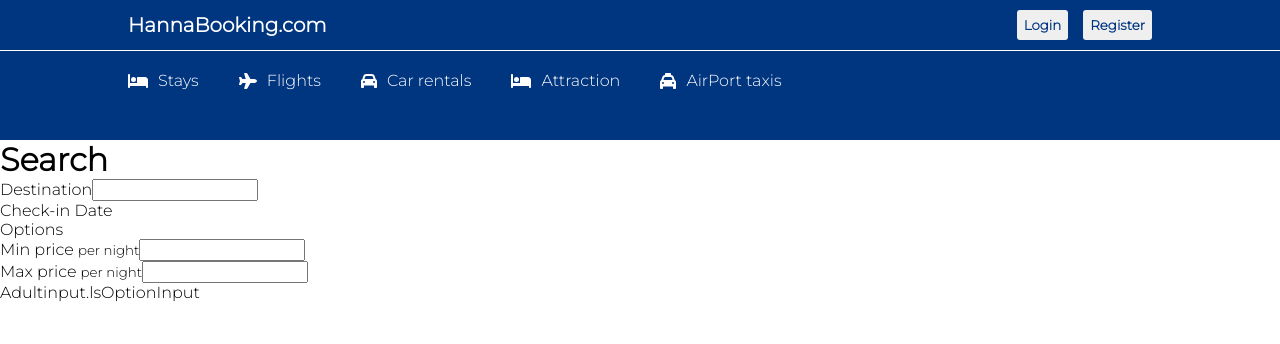
Repository: truongnguyenuit/BookingWebApp
Page: /hotels
An editor plug-in stored every save of this project. The page is shown before and after the next save, followed by the edit.
The browser window is 1280 px wide. The pictures show the whole page.
The project was rebuilt for these pictures with package versions that can differ from the ones it lists, and the page was loaded fresh each time. Also part of the build but not shown: src/components/featured/featured.css, src/components/featured/Featured.jsx, src/components/propertyList/propertyList.css, src/components/propertyList/PropertyList.jsx, src/components/featuredProperties/featuredProperties.css, src/components/featuredProperties/FeaturedProperties.jsx, src/components/mailList/mailList.css, src/components/mailList/MailList.jsx and 7 more.

Above is the page before, as saved 2022-06-13 10:39:15.

### public/index.html
<!DOCTYPE html>
<html lang="en">
  <head>
    <meta charset="utf-8" />
    <meta name="viewport" content="width=device-width, initial-scale=1" />
    <meta
      name="description"
      content="Web site created using create-react-app"
    />
    <link
      href="https://fonts.googleapis.com/css2?family=Montserrat:wght@300&display=swap"
      rel="stylesheet"
    >
    <style>
      *{
        font-family: 'Montserrat', sans-serif;
        margin: 0;
      }
    </style>

    <title>HannaBooking</title>
  </head>
  <body>
    <noscript>You need to enable JavaScript to run this app.</noscript>
    <div id="root"></div>
  </body>
</html>

### src/App.js
import {
  BrowserRouter,
  Routes,
  Route,
} from "react-router-dom";
import Home from "./pages/home/Home";
import Hotel from "./pages/hotel/Hotel";
import List from "./pages/list/List";

function App() {
  return (
    <BrowserRouter>
      <Routes>
        <Route path="/" element={<Home />} />
        <Route path="/hotels" element={<List />}/>
        <Route path="/hotels/:id" element={<Hotel/>}/>
      </Routes>
    </BrowserRouter>
  );
}

export default App;

### src/pages/list/List.jsx
import "./list.css"
import Navbar from "../../components/navbar/Navbar";
import Header from "../../components/header/Header";
import { useLocation } from "react-router-dom";
import { useState } from "react";
import { format } from "date-fns";
import { DateRange } from "react-date-range";
// import SearchItem from "../../components/searchItem/SearchItem";
const List = () => {
  //const location = useLocation();
  //const [destination, setDestination] = useState(location.state.destination);
  // const [date, setDate] = useState(location.state.date)
  // const [openDate, setOpenDate] = useState(false)
  // const [options, setOptions] = useState(location.state.options)
  return (
    <div>
      <Navbar/>
      <Header type = "list" />
      <div className="listContainer">
        <div className="listWrapper">
          <div className="listSearch">
            <h1 className="lsTitle">Search</h1>
            <div className="lsItem">
              <label htmlFor="Destination">Destination</label>
              <input type="text"  placeholder="" />
            </div>
            <div className="lsItem">
              <label> Check-in Date</label>



            </div>
            <div className="lsItem">
              <label> Options</label>
              <div className="lsOptions">
                <div className="lsOptionsItem">
                  <span className="lsOptionsText">
                    Min price <small>per night</small>
                  </span>
                  <input type="number" className="lsOptionInput"/>
                </div>
                <div className="lsOptionItem">
                  <span className="lsOptionText">
                    Max price <small>per night</small>
                  </span>
                  <input type="number" className="lsOptionInput" />
                </div>
                <div className="lsOptionItem">
                  <span className="lsOptionText">Adult</span>
                  input.lsOptionInput
                </div>
              </div>
            </div>
          </div>
        </div>
      </div>
    </div>
  )
}
export default List;

### src/components/header/Header.jsx
import {
  faBed,
  faCalendarDays,
  faCar,
  faPerson,
  faPlane,
  faTaxi,
} from "@fortawesome/free-solid-svg-icons";
import { FontAwesomeIcon } from "@fortawesome/react-fontawesome";
import "./header.css";
// import { DateRange } from "react-date-range";
import { useState } from "react";
// import "react-date-range/dist/styles.css"; // main css file
// import "react-date-range/dist/theme/default.css"; // theme css file
// import { format } from "date-fns";
import { useNavigate } from "react-router-dom";
const Header = ({ type }) => {
  const [destination, setDestination] = useState("");
  const [openDate, setOpenDate] = useState(false);
  const [date, setDate] = useState([
    {
      startDate: new Date(),
      endDate: new Date(),
      key: "selection",
    }
  ]);
  const [openOptions, setOpenOptions] = useState(false);
  const [options, setOptions] = useState({
    adult: 1,
    children: 0,
    room: 1,
  });

  //const navigate = useNavigate();
  return (
    <div className="header">
      <div
      className={
         type === "list" ? "headerContainer listMode" : "headerContainer"
      }
      >
        <div className="headerList">
          <div className="headerListItem">
            <FontAwesomeIcon icon={faBed} />
            <span>Stays</span>
          </div>
          <div className="headerListItem">
            <FontAwesomeIcon icon={faPlane} />
            <span>Flights</span>
          </div>
          <div className="headerListItem">
            <FontAwesomeIcon icon={faCar} />
            <span>Car rentals</span>
          </div>
          <div className="headerListItem">
            <FontAwesomeIcon icon={faBed} />
            <span>Attraction</span>
          </div>
          <div className="headerListItem">
            <FontAwesomeIcon icon={faTaxi} />
            <span>AirPort taxis</span>
          </div>
        </div>
        {type !== "list" && (
        <>
          <h1 className="HeaderTitle">
            A lifetime of discounts? It's Genius.
          </h1>
          <p className="headerDesc">
            Get rewarded for you travels - unlock instant saving of 10% or
            more with a free HannaBooking account.
          </p>
          <button className="headerBtn">Sign in / Register</button>
          <div className="headerSearch">
            <div className="headerSearchItem">
              <FontAwesomeIcon icon={faBed} className="headerIcon" />
              <input type="text"
                placeholder="Where are you going?"
                className="headerSearchInput"
                onChange={(text) => setDestination(text)}
              />
            </div>
            <div className="headerSearchItem">
              <button className="headerBtn">
                search
              </button>
            </div>
          </div>
        </>
        )}
      </div>
    </div>
  )
}
export default Header;

### src/components/navbar/Navbar.jsx
import React from 'react'
import "./navbar.css"
const Navbar = () => {
  return (
    <div className="navbar">
      <div className="navContainer">
        <span className="logo">HannaBooking.com</span>
        <div className="navItems">
          <button className="navButton">Login</button>
          <button className="navButton">Register</button>
        </div>
      </div>
    </div>
  )
}
export default Navbar;

### src/components/header/header.css
.header {
    background-color:#003580;
    color: white;
    display: flex;
    justify-content: center;
    position: relative;
}
.headerContainer {
    width:  100%;
    max-width: 1024px;
    margin: 20px 0px 100px 0px;
}
.headerContainer.listMode {
  margin: 20px 0px 0px 0px;
}

.headerList {
    display: flex;
    gap: 40px;
    margin-bottom: 50px;
}
.headerListItem {
    display: flex;
    align-items: center;
    gap: 10px;
    cursor: pointer;
}
.headerTitle {
    font-weight: bold;
}
.headerDesc {
    font-weight: bold;
    margin-top: 20px;
    margin-bottom: 20px;
}
.headerBtn {
    background-color: #0071c2;
    color: white;
    font-weight: bold;
    border-radius: 3px;
    border: none;
    padding: 10px;
    cursor: pointer;
}
.headerSearch {
    display: flex;
    height: 30px;
    background-color: white;
    border: 3px solid #febb02;
    align-items: center;
    justify-content: space-around;
    padding: 10px 0px;
    border-radius: 5px;
    position: absolute;
    bottom: -25px;
    width: 100%;
    max-width: 1024px;
    gap: 700px


}
.headerIcon {
    color: lightgray;
    margin-left: 20;
}
.headerSearchItem {
    display: flex;
    align-items: center;
    gap: 10px;
}
.headerSearchInput {
    border: none;
    outline: none;
}

### src/components/navbar/navbar.css
.navbar {
    height: 50px;
    background-color: #003580;
    display: flex;
    justify-content: center;
    margin-bottom: 1px;
}
.navContainer {
    width: 100%;
    max-width: 1024px;
    display: flex;
    justify-content: space-between;
    align-items: center;

}
.logo {
    font-weight: bold;
    font-size:20px ;
    color: white;
}
/* .navItems {
    width: 10.5%;
    display: flex;
    justify-content: space-between;
} */
.navButton {
    padding: 7px;
    border: none;
    border-radius: 3px;
    font-weight: bold;
    color: #003580;
    margin-left: 15px;
    cursor: pointer;
}

Loaded but not shown: src/index.js (common file); src/pages/list/list.css (no copy from this time; the picture is the same without it)

After the next save:
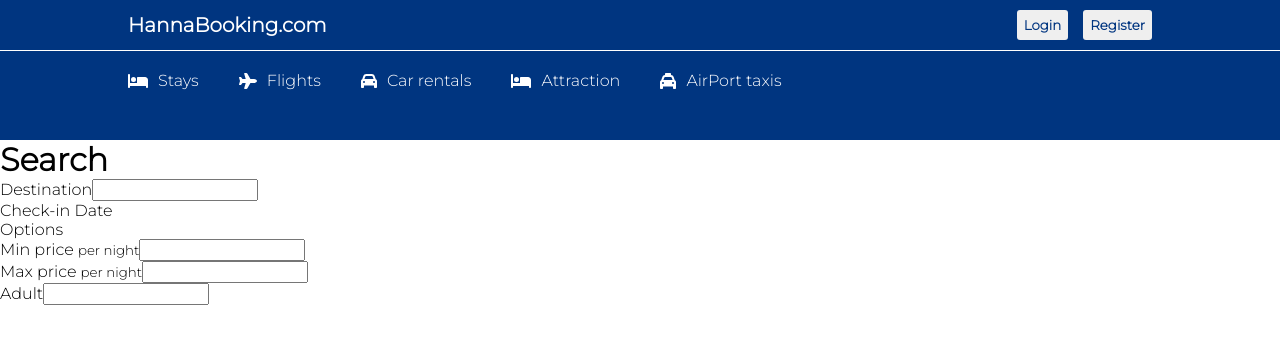
Saved 14 s later.
--- a/src/pages/list/List.jsx
+++ b/src/pages/list/List.jsx
@@ -47,7 +47,7 @@ const List = () => {
                 </div>
                 <div className="lsOptionItem">
                   <span className="lsOptionText">Adult</span>
-                  input.lsOptionInput
+                  <input type="text" className="lsOptionInput" />
                 </div>
               </div>
             </div>
